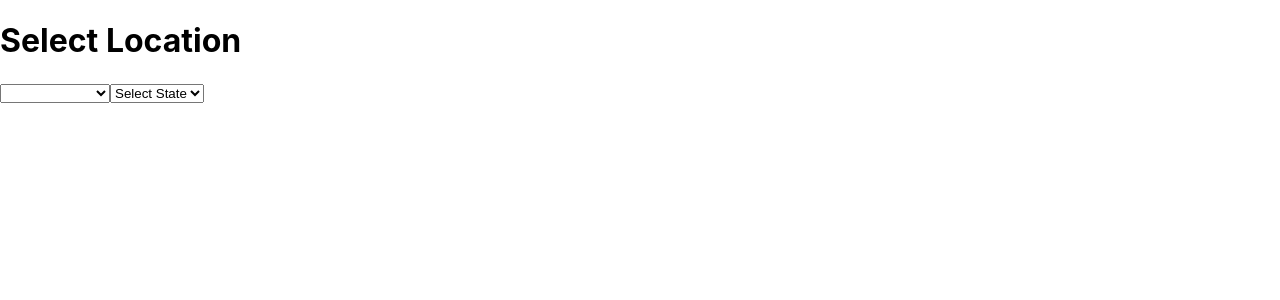
Repository: rajratangm/xstate
Page: /
The author's editor kept a copy of each file at every save. The page is drawn from the files as they stood at one save, then again after the next save.
The browser window is 1280 px wide. The pictures show the whole page.
The page's requests for data from a server got no answer. The project was rebuilt for these pictures with package versions that can differ from the ones it lists, and the page was loaded fresh each time. No one was signed in, and anything a server would have sent is missing. Also part of the build but not shown: src/App.css.

Above is the page before, as saved 2024-04-03 15:24:17.

After the next save:
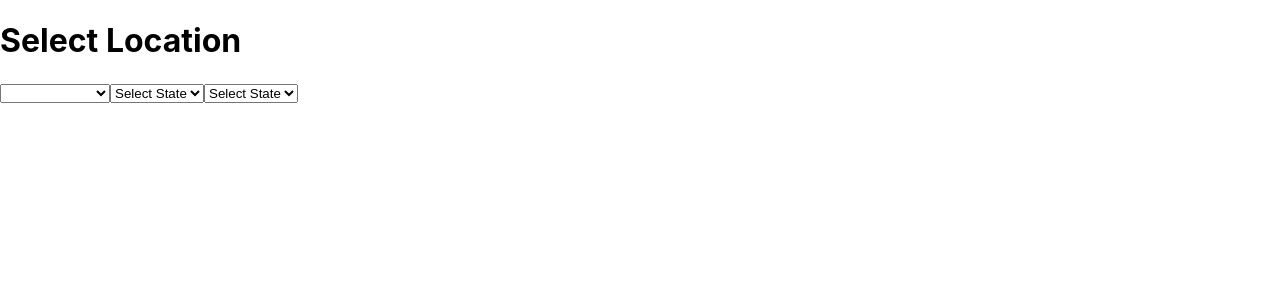
Saved 2 min 53 s later.
--- a/src/App.js
+++ b/src/App.js
@@ -78,6 +78,16 @@ function App() {
           }
 
         </select>
+
+        <select onChange={handleStateChange} value={stateSelected}>
+          <option value='' disabled>Select State</option>
+          {
+            states.map((item)=>{
+              return <option value={item}>{item}</option>
+            })
+          }
+
+        </select>
       </div>
 
 
